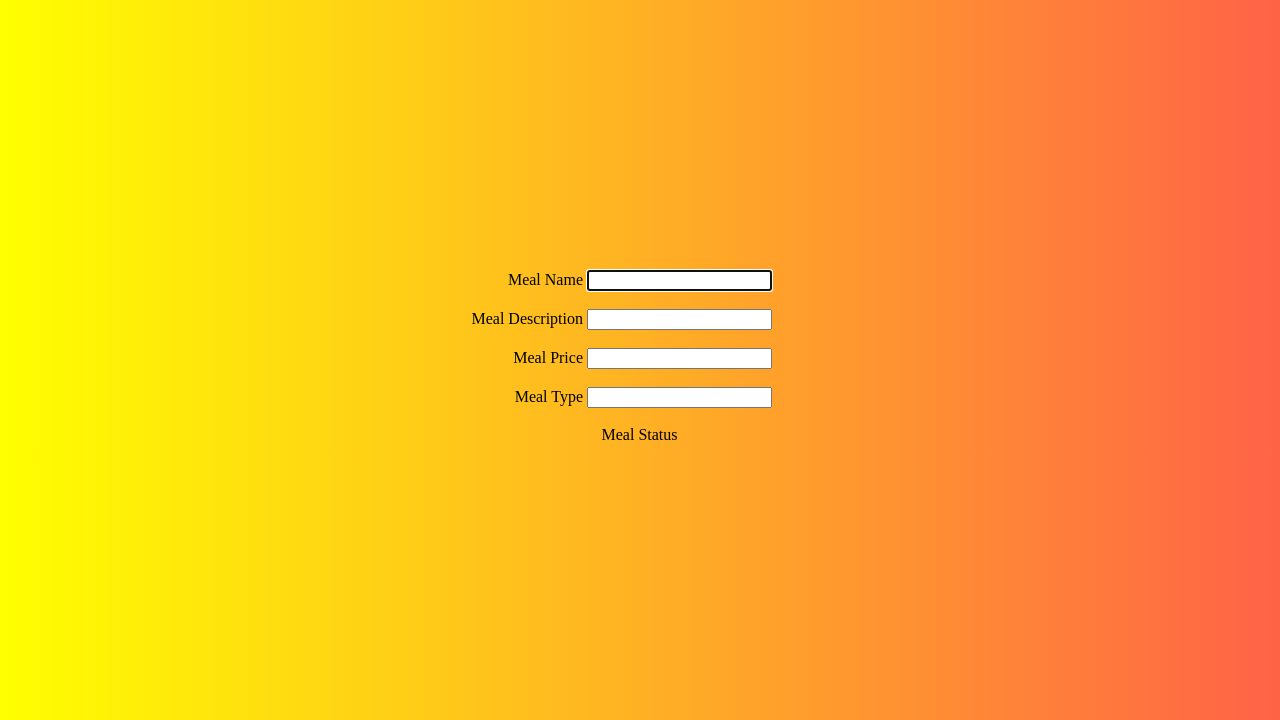
Repository: selvakumar46/Project-Maven
Page: http://localhost/ProjectKFC/InsertProduct.jsp
An editor plug-in stored every save of this project. The page is shown before and after the next save, followed by the edit.
The browser window is 1280 px wide. The pictures show the whole page.
The page is served by Tomcat 9. Nobody is signed in. The application's start-up code is not run.

Above is the page before, as saved 2022-01-07 07:50:46.

After the next save:
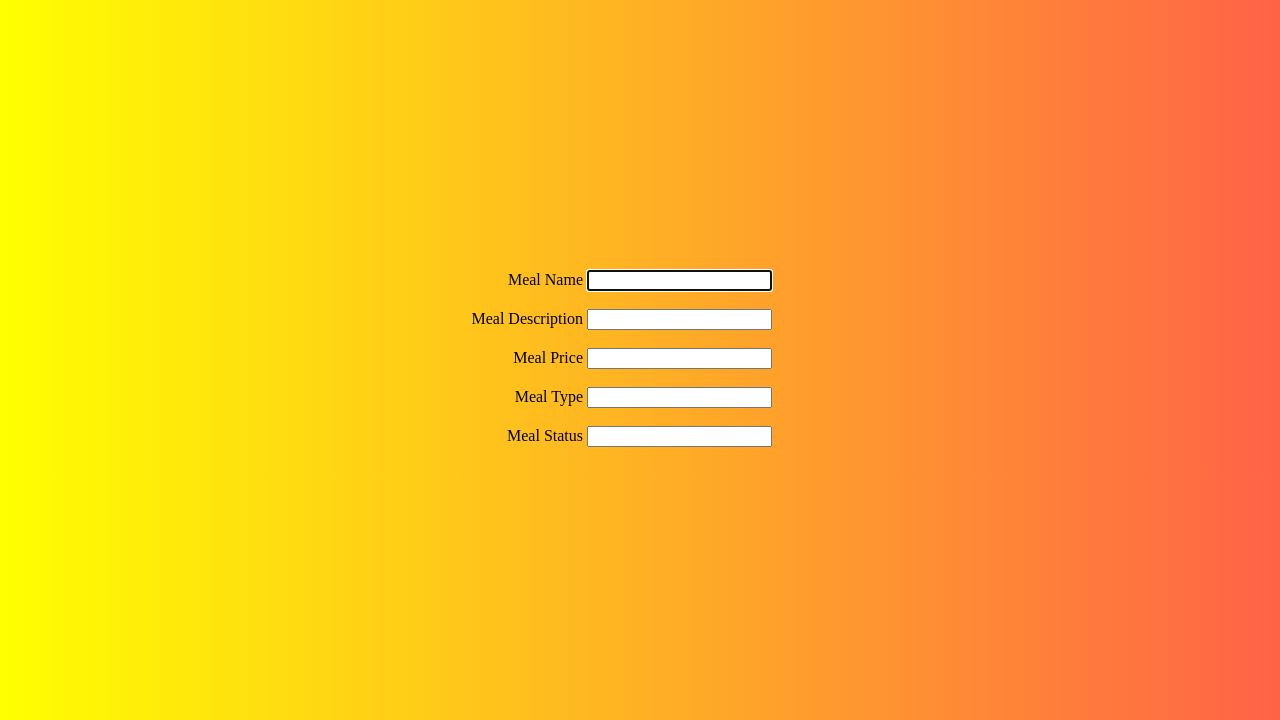
Saved 26 s later.
--- a/ProjectKFC/src/main/webapp/InsertProduct.jsp
+++ b/ProjectKFC/src/main/webapp/InsertProduct.jsp
@@ -35,6 +35,7 @@ label {
 			<label for="mealType" id="mealType">Meal Type</label>
 			<input type="text" name="mealType" id="mealType" required> <br> <br>
 			<label for="mealStatus" id="mealStatus">Meal Status</label>
+			<input type="text" name="mealStatus" id="mealStatus" required> <br> <br>
 
 			</div>
 		</form>
